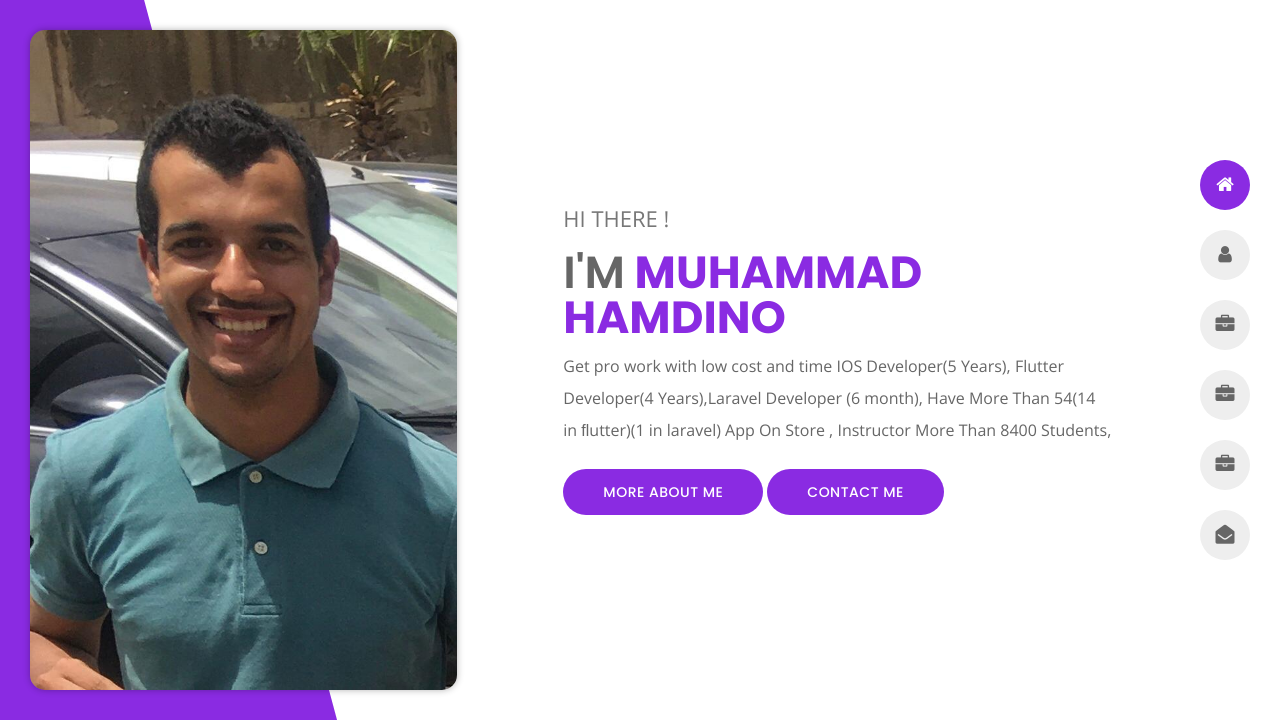
Repository: mhamdimno/mywebsite
Page: index.html
An editor plug-in stored every save of this project. The page is shown before and after the next save, followed by the edit.
The browser window is 1280 px wide. The pictures show the whole page.

Above is the page before, as saved 2023-06-03 15:00:18.

### index.html
<!DOCTYPE html>
<html lang="en">

<head>
    <meta charset="utf-8">
    <title>Personal Portfolio</title>
    <meta name="viewport" content="width=device-width, initial-scale=1">

    <!-- Template Google Fonts -->
    <link href="https://fonts.googleapis.com/css?family=Poppins:400,400i,500,500i,600,600i,700,700i,800,800i,900,900i" rel="stylesheet">
    <link href="https://fonts.googleapis.com/css?family=Open+Sans:300,400,400i,600,600i,700" rel="stylesheet">

    <!-- Template CSS Files -->
    <link href="css/bootstrap.min.css" rel="stylesheet">
    <link href="css/preloader.min.css" rel="stylesheet">
    <link href="css/circle.css" rel="stylesheet">
    <link href="css/font-awesome.min.css" rel="stylesheet">
    <link href="css/fm.revealator.jquery.min.css" rel="stylesheet">
    <link href="css/style.css" rel="stylesheet">

    <!-- Modernizr JS File -->
    <script src="js/modernizr.custom.js"></script>
</head>

<body class="home light">

<!-- Header Starts -->
<header class="header" id="navbar-collapse-toggle">
    <!-- Fixed Navigation Starts -->
    <ul class="icon-menu d-none d-lg-block revealator-slideup revealator-once revealator-delay1">
        <li class="icon-box active">
            <i class="fa fa-home"></i>
            <a href="index.html">
                <h2>Home</h2>
            </a>
        </li>
        <li class="icon-box">
            <i class="fa fa-user"></i>
            <a href="about.html">
                <h2>About</h2>
            </a>
        </li>
        <li class="icon-box">
            <i class="fa fa-briefcase"></i>
            <a href="portfolioIOS.html">
                <h2>IOS</h2>
            </a>
        </li>
        <li class="icon-box">
            <i class="fa fa-briefcase"></i>
            <a href="portfolioFlutter.html">
                <h2>Flutter</h2>
            </a>
        </li>
        <li class="icon-box">
            <i class="fa fa-briefcase"></i>
            <a href="portfolioLaravel.html">
                <h2>Laravel</h2>
            </a>
        </li>
        <li class="icon-box">
            <i class="fa fa-envelope-open"></i>
            <a href="contact.html">
                <h2>Contact</h2>
            </a>
        </li>

    </ul>
    <!-- Fixed Navigation Ends -->
    <!-- Mobile Menu Starts -->
    <nav role="navigation" class="d-block d-lg-none">
        <div id="menuToggle">
            <input type="checkbox" />
            <span></span>
            <span></span>
            <span></span>
            <ul class="list-unstyled" id="menu">
                <li class="active"><a href="index.html"><i class="fa fa-home"></i><span>Home</span></a></li>
                <li><a href="about.html"><i class="fa fa-user"></i><span>About</span></a></li>
                <li><a href="portfolioIOS.html"><i class="fa fa-folder-open"></i><span>IOS</span></a></li>
                <li><a href="portfolioFlutter.html"><i class="fa fa-folder-open"></i><span>Flutter</span></a></li>
                <li><a href="portfolioLaravel.html"><i class="fa fa-folder-open"></i><span>Laravel</span></a></li>

                <li><a href="contact.html"><i class="fa fa-envelope-open"></i><span>Contact</span></a></li>
            </ul>
        </div>
    </nav>
    <!-- Mobile Menu Ends -->
</header>
<!-- Header Ends -->
<!-- Main Content Starts -->
<section class="container-fluid main-container container-home p-0 revealator-slideup revealator-once revealator-delay1">
    <div class="color-block d-none d-lg-block"></div>
    <div class="row home-details-container align-items-center">
        <div class="col-lg-4 bg position-fixed d-none d-lg-block"></div>
        <div class="col-12 col-lg-8 offset-lg-4 home-details text-left text-sm-center text-lg-left">
            <div>
                <img src="img/img-mobile-light.jpg" class="img-fluid main-img-mobile d-none d-sm-block d-lg-none" alt="my picture" />
                <h6 class="text-uppercase open-sans-font mb-0 d-block d-sm-none d-lg-block">hi there !</h6>
                <h1 class="text-uppercase poppins-font"><span>I'm</span> Muhammad Hamdino</h1>
                <p class="open-sans-font">Get pro work with low cost and time
                    IOS Developer(5 Years), Flutter Developer(4 Years),Laravel Developer (6 month), Have More Than 54(14 in ﬂutter)(1 in laravel) App On Store , Instructor More Than 8400 Students,
                </p>
                <a href="about.html" class="btn btn-about">more about me</a>
                <a href="contact.html" class="btn btn-about">Contact me</a>
            </div>
        </div>
    </div>
</section>
<!-- Main Content Ends -->

<!-- Template JS Files -->
<script src="js/jquery-3.5.0.min.js"></script>
<script src="js/preloader.min.js"></script>
<script src="js/fm.revealator.jquery.min.js"></script>
<script src="js/imagesloaded.pkgd.min.js"></script>
<script src="js/masonry.pkgd.min.js"></script>
<script src="js/classie.js"></script>
<script src="js/cbpGridGallery.js"></script>
<script src="js/jquery.hoverdir.js"></script>
<script src="js/popper.min.js"></script>
<script src="js/bootstrap.js"></script>
<script src="js/custom.js"></script>

</body>

</html>

Loaded but not shown: css/bootstrap.min.css (library); css/preloader.min.css (common file); css/font-awesome.min.css (library); css/fm.revealator.jquery.min.css (common file); js/modernizr.custom.js (library); js/jquery-3.5.0.min.js (library); js/preloader.min.js (common file); js/fm.revealator.jquery.min.js (common file); js/imagesloaded.pkgd.min.js (library); js/masonry.pkgd.min.js (library); js/jquery.hoverdir.js (library); js/popper.min.js (library); js/bootstrap.js (library); js/cbpGridGallery.js (364 lines, source omitted); js/custom.js (142 lines, source omitted); js/classie.js (68 lines, source omitted); css/style.css (1791 lines, source omitted); css/circle.css (1054 lines, source omitted)

After the next save:
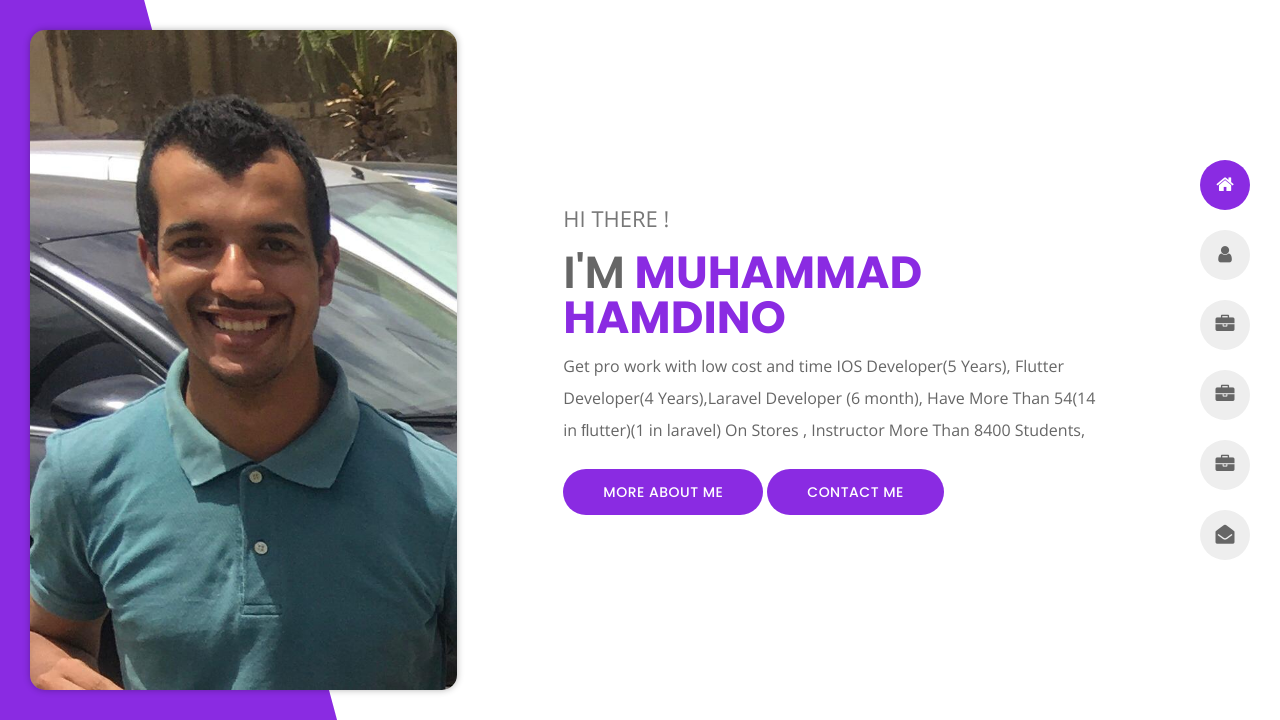
Saved 35 s later.
--- a/index.html
+++ b/index.html
@@ -99,7 +99,7 @@
                 <h6 class="text-uppercase open-sans-font mb-0 d-block d-sm-none d-lg-block">hi there !</h6>
                 <h1 class="text-uppercase poppins-font"><span>I'm</span> Muhammad Hamdino</h1>
                 <p class="open-sans-font">Get pro work with low cost and time
-                    IOS Developer(5 Years), Flutter Developer(4 Years),Laravel Developer (6 month), Have More Than 54(14 in ﬂutter)(1 in laravel) App On Store , Instructor More Than 8400 Students,
+                    IOS Developer(5 Years), Flutter Developer(4 Years),Laravel Developer (6 month), Have More Than 54(14 in ﬂutter)(1 in laravel) On Stores , Instructor More Than 8400 Students,
                 </p>
                 <a href="about.html" class="btn btn-about">more about me</a>
                 <a href="contact.html" class="btn btn-about">Contact me</a>
